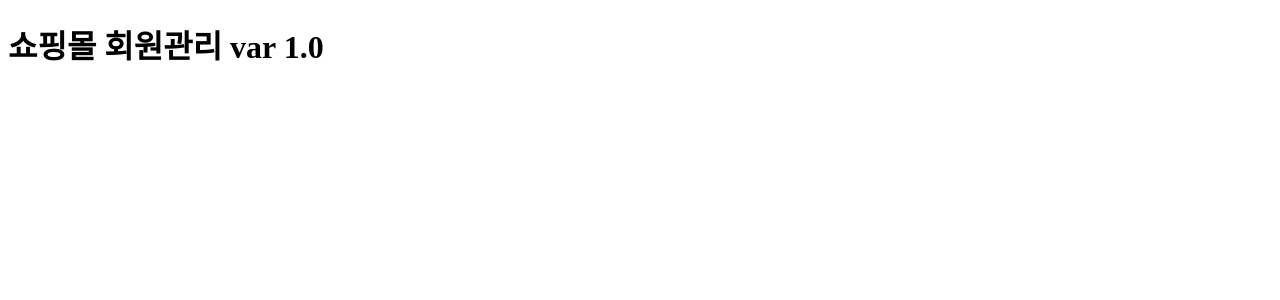
Repository: star-min/jsp_basic
Page: http://localhost/HRD_A01/
An editor plug-in stored every save of this project. The page is shown before and after the next save, followed by the edit.
The browser window is 1280 px wide. The pictures show the whole page.
The page is served by Tomcat 9.

Above is the page before, as saved 2022-08-16 05:55:07.

After the next save:
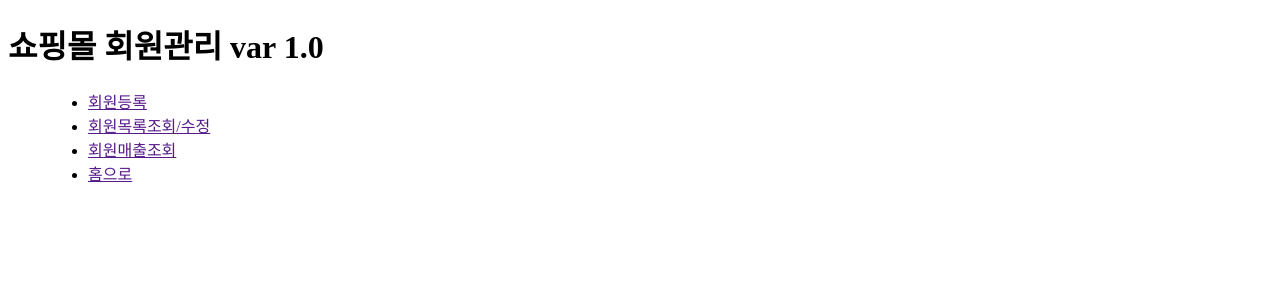
Saved 80 s later.
--- a/hrdkorea/HRD_A01/WebContent/index.jsp
+++ b/hrdkorea/HRD_A01/WebContent/index.jsp
@@ -11,7 +11,12 @@
 		<h1>쇼핑몰 회원관리 var 1.0</h1>
 	</header>
 	<menu>
-
+		<ul>
+			<li><a href="">회원등록</a></li>
+			<li><a href="">회원목록조회/수정</a></li>
+			<li><a href="">회원매출조회</a></li>
+			<li><a href="">홈으로</a></li>
+		</ul>
 	</menu>
 	<section>
 
